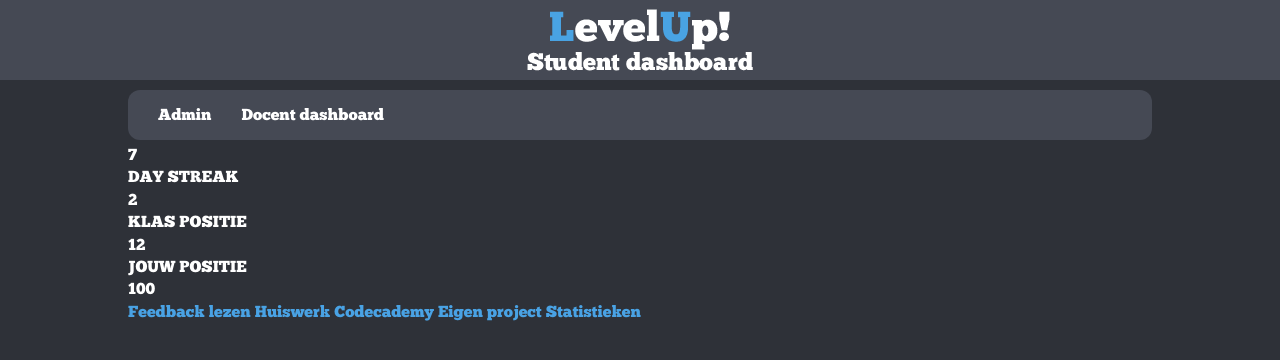
Repository: boblanckenburg/levelup
Page: website/src/index.html
The author's editor kept a copy of each file at every save. The page is drawn from the files as they stood at one save, then again after a run of saves.
The browser window is 1280 px wide. The pictures show the whole page.

Above is the page before, as saved 2014-10-07 13:15:01.

### website/src/index.html
<!doctype html>
<html class="no-js" id="html" lang="">
    <head>
        <meta charset="utf-8">
        <meta http-equiv="X-UA-Compatible" content="IE=edge">
        <title>LevelUp</title>
        <meta name="description" content="">
        <meta name="viewport" content="width=device-width, initial-scale=1">

        <!-- Place favicon.ico and apple-touch-icon(s) in the root directory -->

        <link rel="stylesheet" href="css/main.css">
        <script src="js/main.js"></script>
        <script src="js/vendor/modernizr-2.8.3.min.js"></script>
    </head>
    <body>
        <!--[if lt IE 8]>
            <p class="browsehappy">You are using an <strong>outdated</strong> browser. Please <a href="http://browsehappy.com/">upgrade your browser</a> to improve your experience.</p>
        <![endif]-->

		<div class="dashboard">
			<section class="header"></section>
			<section class="menu">
				<a>Admin</a>
				<a>Docent dashboard</a>
			</section>
			<div class="content">

				<section class="streaks">
					<div class="streakitem">
						<div class="score">7</div>
						<div class="name">DAY STREAK</div>
					</div>
					<div class="streakitem">
						<div class="score">2</div>
						<div class="name">KLAS POSITIE</div>
					</div>
					<div class="streakitem">
						<div class="score">12</div>
						<div class="name">JOUW POSITIE</div>
					</div>
				</section>

				<section class="levelcounter">
					<div class="score">100</div>
				</section>

				<section class="actionbar">
					<a>Feedback lezen</a>
					<a>Huiswerk</a>
					<a>Codecademy</a>
					<a>Eigen project</a>
					<a>Statistieken</a>
				</section>

			</div>
		</div>
    </body>
</html>

### website/src/css/main.css
/*
 * What follows is the result of much research on cross-browser styling.
 * Credit left inline and big thanks to Nicolas Gallagher, Jonathan Neal,
 * Kroc Camen, and the H5BP dev community and team.
 */

/* ==========================================================================
   Base styles: opinionated defaults
   ========================================================================== */

/*
bg-gray: #2e3138;
bg-light-gray: #454954;
bg-blue: #49a2e4;
neon-blue: #01d1ff;
*/

html {
    color: #222;
    font-size: 1em;
    line-height: 1.4;
	margin: 0px;
	background: #2e3138;
	color: white;
	text-decoration: none;
	font-weight: normal;
}

/* ==========================================================================
   Author's custom styles
   ========================================================================== */


@font-face {
    font-family: chunkfivefont;
    src: url(Chunkfive.otf);
}


body {
    font-family: chunkfivefont;
    color: white;
    height:100%;
	margin: 0px;
	overflow-x: scroll;
	overflow-style: marquee-line;
}

a
{
	color: #49a2e4;

}

h1, h2, h3
{
	font-weight: normal;
}

.dashboard,
{
	height:100%;
	width:100%;
}

.content
{
	height: 100%;
	width: 100%;
}

.header
{
    background: #454953;
	width: 100%;
	height:80px;
	margin: 0px auto 0px auto;

	background-image: url('../img/dashboardlogo.png');
	background-position: center;
	background-repeat: no-repeat;
	background-color: #454954;
}

.header #welcome
{
	width: 200px;
	float:right;
	color: white;
	margin 0px auto 0px auto;
	padding: 0px 10px 0px 0px;
}

.header #welcome p
{
	float: right;
	display: block;
	font-size: 0.7em;
	margin: 10px 10px 5px 0px;
}

.header #welcome a
{
	float: right;
	display: block;
	height:20px;
	width: 100px;
	text-align: center;
	font-size: 0.8em;
	color: white;
	text-decoration: none;
	padding:5px 20px 5px 20px;
	margin: 0px 10px 0px 0px;

	background-color: #49a2e4;
	border-radius: 6px;
}

.menu
{
    background: #2e3138;
	width:80%;
	height:100%;
	min-height:50px;
	margin: 10px auto 5px auto;
	background: #454954;
	border-radius: 12px;
	display: block;
}

.menu a, a:visited
{
	display: block;
	float:left;
	height: 35px;
	text-align: center;
	padding: 15px 0px 0px 30px;
	text-decoration: none;
	color: white;
}

.menu a:hover
{
	color: #49a2e4;
}

.content {
	width: 80%;
	height: 350px;
	margin: auto;
}

.container {
	margin: 0px auto 0px auto;
	width:100%;
	display: inline;
}


/* ==========================================================================
   Helper classes
   ========================================================================== */

/*
 * Hide visually and from screen readers: h5bp.com/u
 */

.hidden {
    display: none !important;
    visibility: hidden;
}

/*
 * Hide only visually, but have it available for screen readers: h5bp.com/v
 */

.visuallyhidden {
    border: 0;
    clip: rect(0 0 0 0);
    height: 1px;
    margin: -1px;
    overflow: hidden;
    padding: 0;
    position: absolute;
    width: 1px;
}

/*
 * Extends the .visuallyhidden class to allow the element to be focusable
 * when navigated to via the keyboard: h5bp.com/p
 */

.visuallyhidden.focusable:active,
.visuallyhidden.focusable:focus {
    clip: auto;
    height: auto;
    margin: 0;
    overflow: visible;
    position: static;
    width: auto;
}

/*
 * Hide visually and from screen readers, but maintain layout
 */

.invisible {
    visibility: hidden;
}

/*
 * Clearfix: contain floats
 *
 * For modern browsers
 * 1. The space content is one way to avoid an Opera bug when the
 *    `contenteditable` attribute is included anywhere else in the document.
 *    Otherwise it causes space to appear at the top and bottom of elements
 *    that receive the `clearfix` class.
 * 2. The use of `table` rather than `block` is only necessary if using
 *    `:before` to contain the top-margins of child elements.
 */

.clearfix:before,
.clearfix:after {
    content: " "; /* 1 */
    display: table; /* 2 */
}

.clearfix:after {
    clear: both;
}

/* ==========================================================================
   EXAMPLE Media Queries for Responsive Design.
   These examples override the primary ('mobile first') styles.
   Modify as content requires.
   ========================================================================== */

@media only screen and (min-width: 35em) {
    /* Style adjustments for viewports that meet the condition */
}

@media print,
       (-o-min-device-pixel-ratio: 5/4),
       (-webkit-min-device-pixel-ratio: 1.25),
       (min-resolution: 120dpi) {
    /* Style adjustments for high resolution devices */
}

/* ==========================================================================
   Print styles.
   Inlined to avoid the additional HTTP request: h5bp.com/r
   ========================================================================== */

@media print {
    *,
    *:before,
    *:after {
        background: transparent !important;
        color: #000 !important; /* Black prints faster: h5bp.com/s */
        box-shadow: none !important;
        text-shadow: none !important;
    }

    a,
    a:visited {
        text-decoration: underline;
    }

    a[href]:after {
        content: " (" attr(href) ")";
    }

    abbr[title]:after {
        content: " (" attr(title) ")";
    }

    /*
     * Don't show links that are fragment identifiers,
     * or use the `javascript:` pseudo protocol
     */

    a[href^="#"]:after,
    a[href^="javascript:"]:after {
        content: "";
    }

    pre,
    blockquote {
        border: 1px solid #999;
        page-break-inside: avoid;
    }

    thead {
        display: table-header-group; /* h5bp.com/t */
    }

    tr,
    img {
        page-break-inside: avoid;
    }

    img {
        max-width: 100% !important;
    }

    p,
    h2,
    h3 {
        orphans: 3;
        widows: 3;
    }

    h2,
    h3 {
        page-break-after: avoid;
    }
}

### website/src/js/main.js

//set up height of the html element so 100% height spans the entire screen
document.getElementById("html").style.height=window.innerHeight+"px";

Loaded but not shown: website/src/js/vendor/modernizr-2.8.3.min.js (library)

After the next 3 saves:
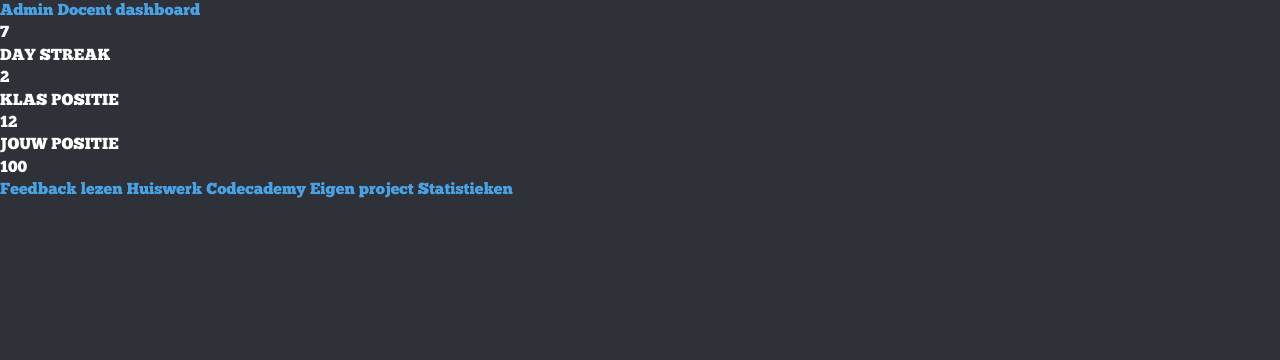
The 3 saves are shown as one change because they came seconds apart.
The last was saved 2 min 4 s later.
--- a/website/src/index.html
+++ b/website/src/index.html
@@ -18,13 +18,13 @@
             <p class="browsehappy">You are using an <strong>outdated</strong> browser. Please <a href="http://browsehappy.com/">upgrade your browser</a> to improve your experience.</p>
         <![endif]-->
 
-		<div class="dashboard">
-			<section class="header"></section>
-			<section class="menu">
+		<div id="dashboard">
+			<section id="header"></section>
+			<section id="menu">
 				<a>Admin</a>
 				<a>Docent dashboard</a>
 			</section>
-			<div class="content">
+			<div id="content">
 
 				<section class="streaks">
 					<div class="streakitem">

After the save that followed:
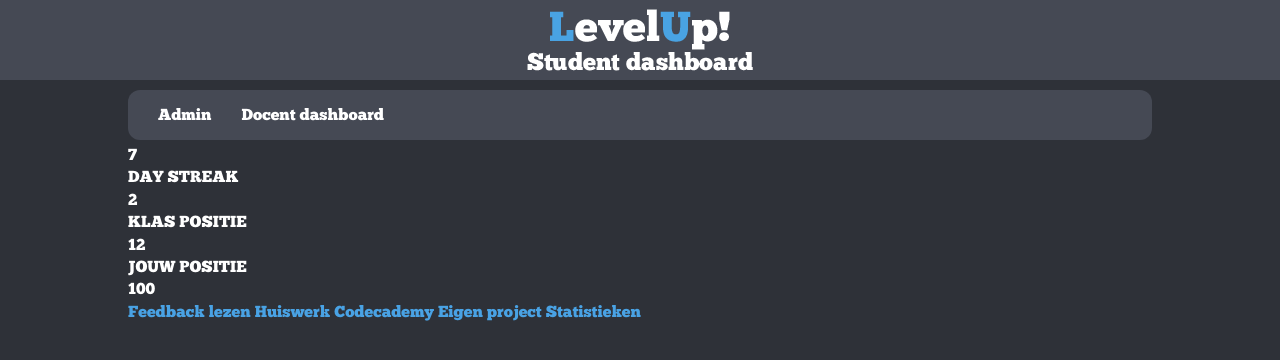
Saved 22 s later.
--- a/website/src/index.html
+++ b/website/src/index.html
@@ -18,13 +18,13 @@
             <p class="browsehappy">You are using an <strong>outdated</strong> browser. Please <a href="http://browsehappy.com/">upgrade your browser</a> to improve your experience.</p>
         <![endif]-->
 
-		<div id="dashboard">
-			<section id="header"></section>
-			<section id="menu">
+		<div class="dashboard">
+			<section class="header"></section>
+			<section class="menu">
 				<a>Admin</a>
 				<a>Docent dashboard</a>
 			</section>
-			<div id="content">
+			<div class="content">
 
 				<section class="streaks">
 					<div class="streakitem">
